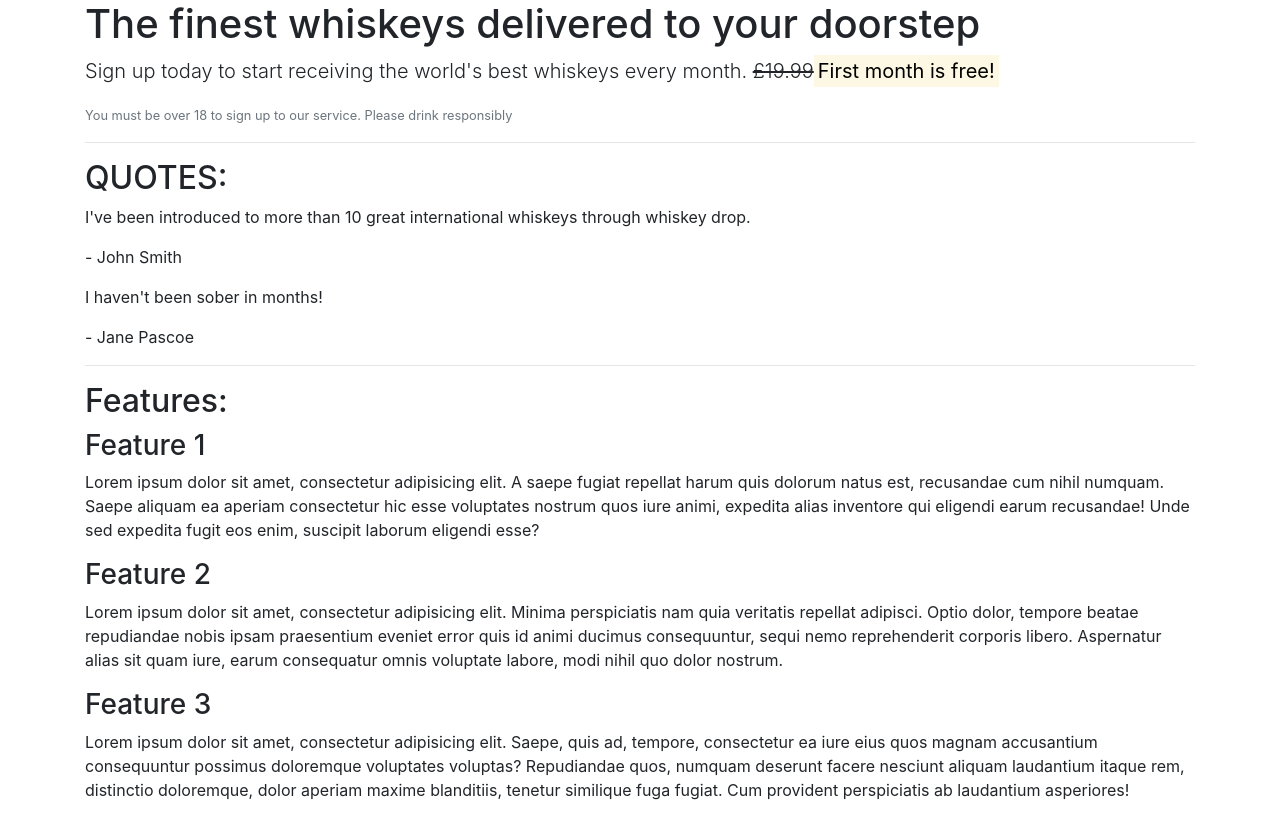
Repository: LouWills/WhiskeyDrop-bootstrap
Page: index.html
The author's editor kept a record of every edit. The page is drawn from the files as they stood at one moment, then again after the next edit.
The browser window is 1280 px wide. The pictures show the whole page.

Above is the page before.
Console error: TypeError: Cannot read properties of undefined (reading 'fn')

After the next edit:
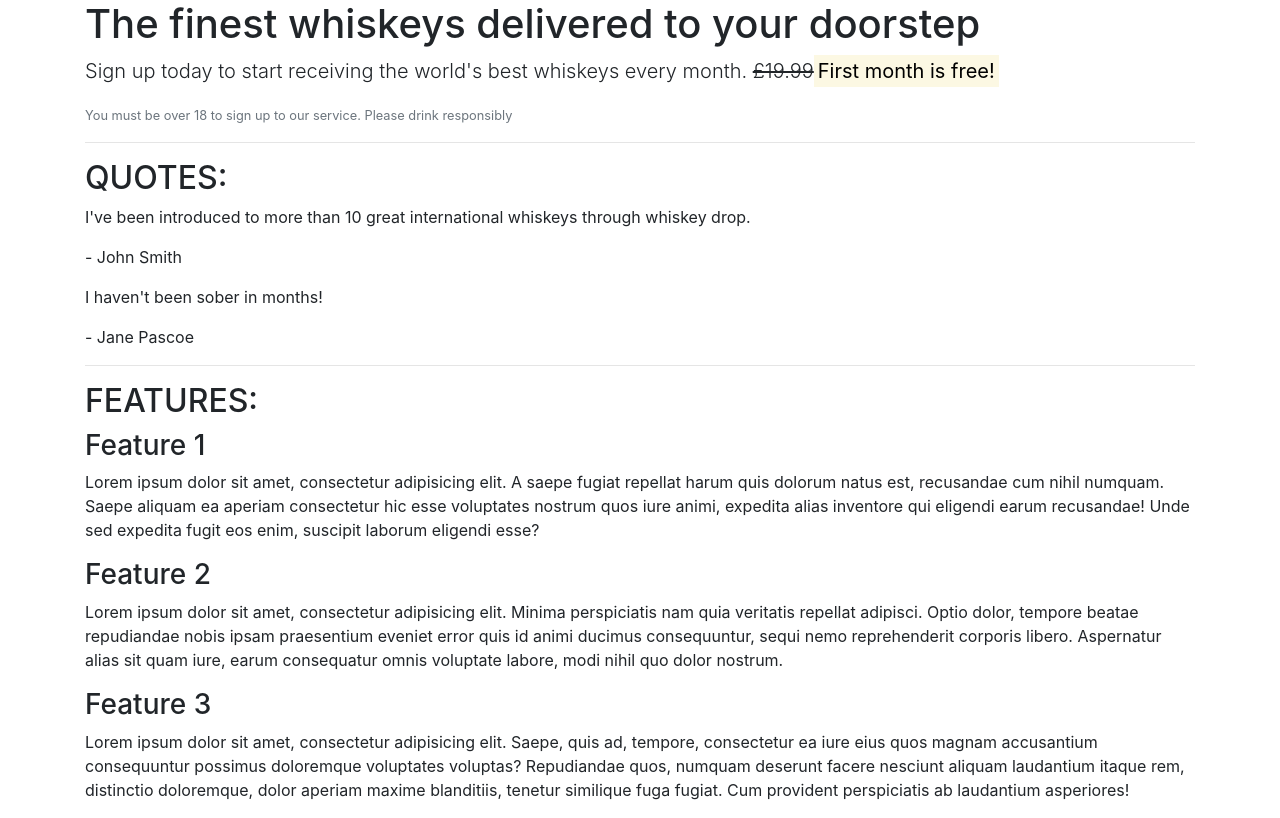
The edit:
--- a/index.html
+++ b/index.html
@@ -37,7 +37,7 @@
 
         <!--Features-->
         <section class="features">
-            <h2>Features:</h2>
+            <h2 class="text-uppercase">Features:</h2>
             <div class="feature">
                 <h3>Feature 1</h3>
                 <p>Lorem ipsum dolor sit amet, consectetur adipisicing elit. A saepe fugiat repellat harum quis dolorum natus est, recusandae cum nihil numquam. Saepe aliquam ea aperiam consectetur hic esse voluptates nostrum quos iure animi, expedita alias inventore qui eligendi earum recusandae! Unde sed expedita fugit eos enim, suscipit laborum eligendi esse?</p>
